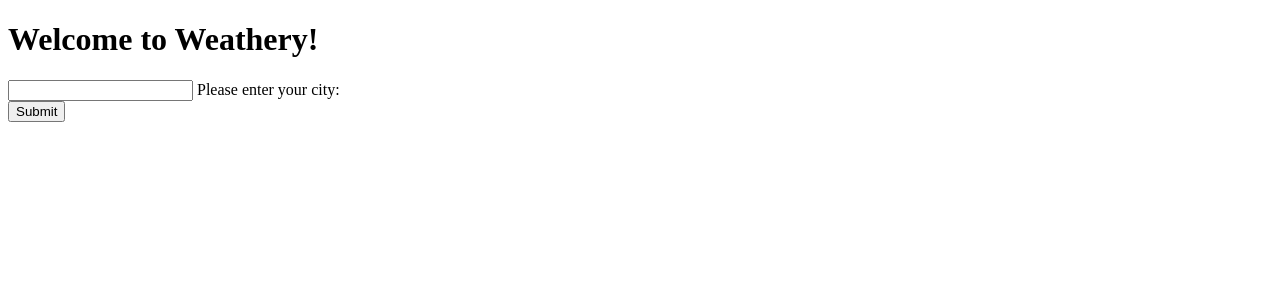
Repository: Chaunce-y/Weathery
Page: index.html
These files come from the project's save history. The page is drawn as it stood at one moment and after the next save; the edit follows.
The browser window is 1280 px wide. The pictures show the whole page.

Above is the page before, as saved 2020-08-20 17:40:56.

After the next save:
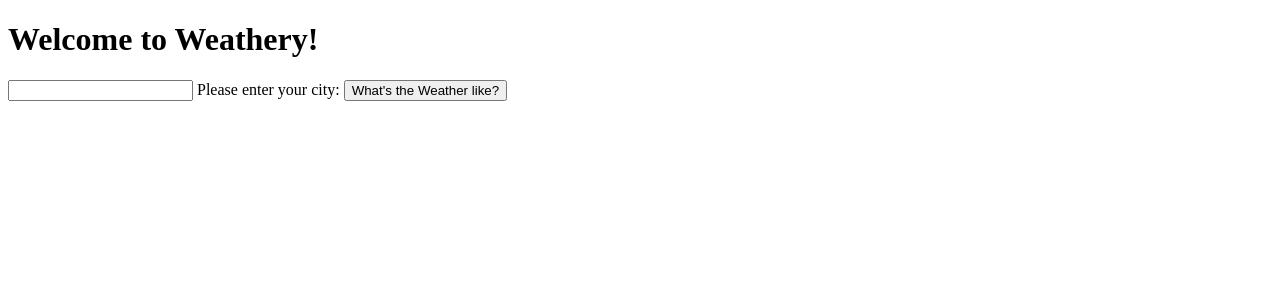
Saved 54 s later.
--- a/index.html
+++ b/index.html
@@ -9,10 +9,9 @@
 </head>
 <body>
     <h1>Welcome to Weathery!</h1>
-    <input type=search id="city"> Please enter your city: </input>
     <form>
-
-        <button type="submit">Submit</button>
+        <input type=search id="city"> Please enter your city: </input>
+        <button type="submit">What's the Weather like?</button>
     </form>
     <div id="results"></div>
 
